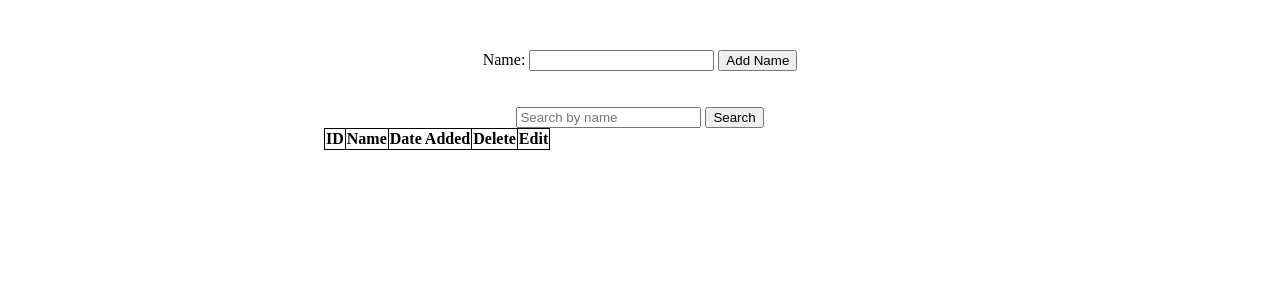
Repository: Theracon/Simple-mysql-node-app
Page: client/index.html
An editor plug-in stored every save of this project. The page is shown before and after the next save, followed by the edit.
The browser window is 1280 px wide. The pictures show the whole page.

Above is the page before, as saved 2021-06-04 09:15:02.

After the next save:
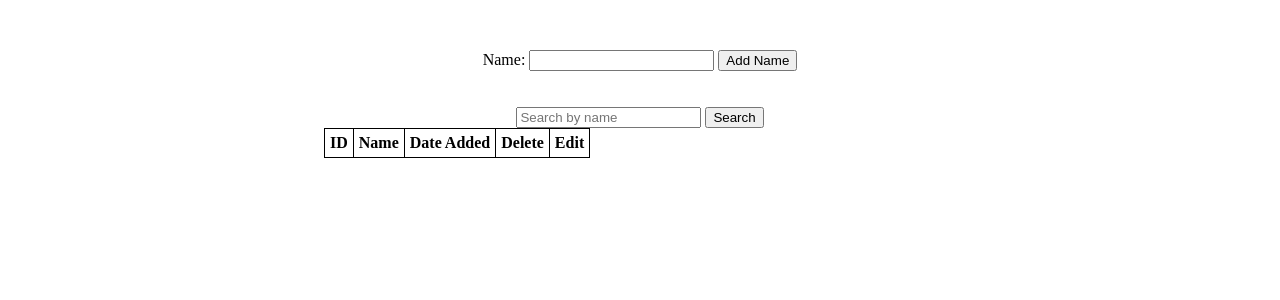
Saved 31 s later.
--- a/client/stylesheet.css
+++ b/client/stylesheet.css
@@ -10,3 +10,8 @@ td {
     border: 1px solid #000;
     border-collapse: collapse;
 }
+
+th,
+td {
+    padding: 5px;
+}
